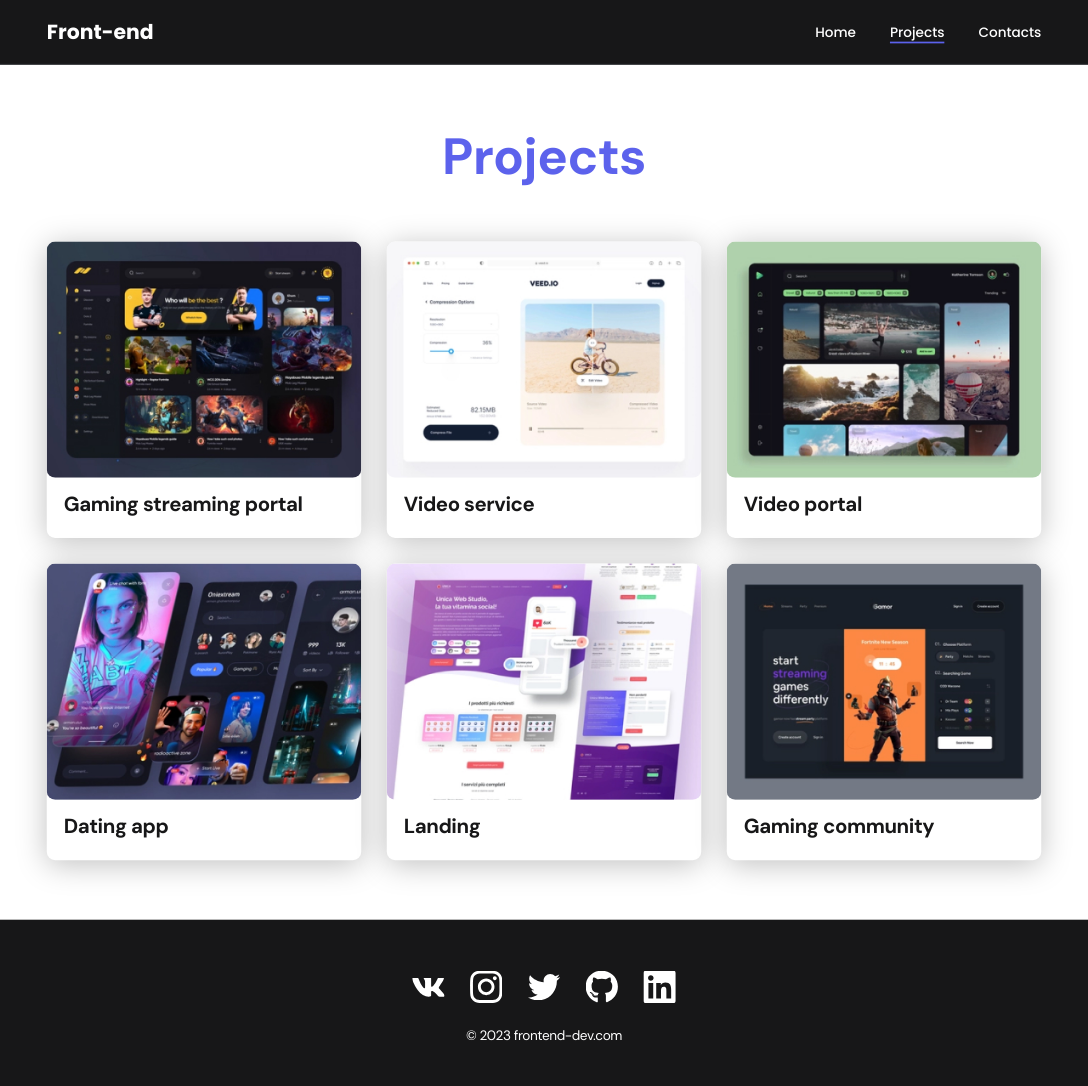
Repository: Azimich/profile
Page: /projects
An editor plug-in stored every save of this project. The page is shown before and after a run of saves, followed by the edit.
The browser window is 1280 px wide. The pictures show the whole page, at 85% of full size.
The project was rebuilt for these pictures with package versions that can differ from the ones it lists, and the page was loaded fresh each time. Also part of the build but not shown: src/components/mainContacts/MainContacts.css, src/components/mainContacts/MockData.ts, src/components/mainContacts/MainContacts.tsx, src/pages/Contacts.tsx, src/components/button/Button.css, src/components/button/Button.tsx, src/components/header/Header.css, src/components/header/Header.tsx and 9 more.

Above is the page before, as saved 2023-01-31 22:46:16.

After the next 6 saves:
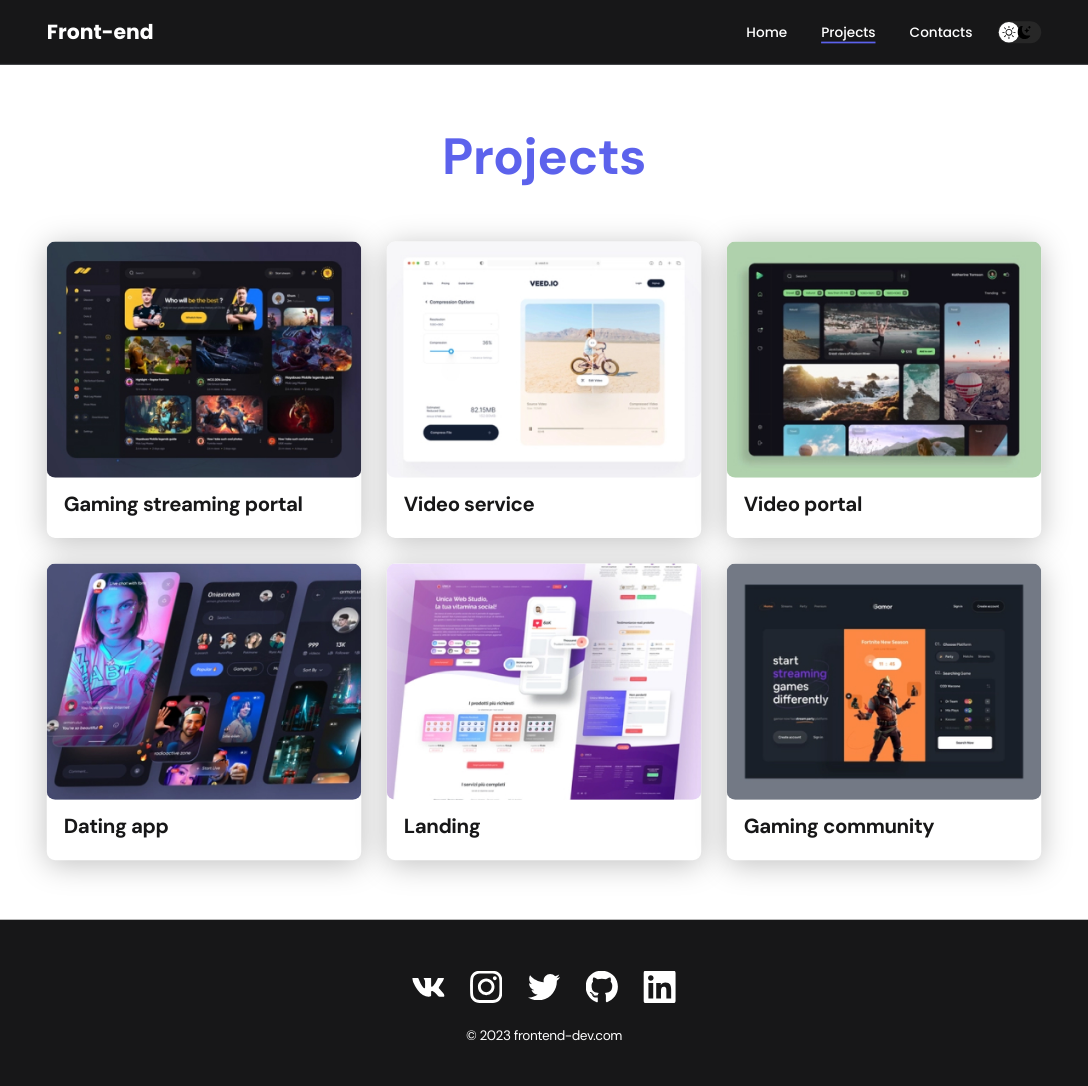
The 6 saves are shown as one change because they came seconds apart.
The last was saved 49 s later.
--- a/src/components/navbar/Navbar.tsx
+++ b/src/components/navbar/Navbar.tsx
@@ -1,5 +1,6 @@
 import React, { FC } from 'react'
 import { NavLink } from 'react-router-dom';
+import BtnDarkMode from '../btnDarkMode/BtnDarkMode';
 
 import { INavData } from './Mockdata';
 import "./Navbar.css";
@@ -25,8 +26,7 @@ const Navbar: FC<INavbar> = () => {
           <NavLink to={'/'} className="logo">
             <strong>Front-end</strong>
           </NavLink>
-
-
+          <BtnDarkMode />
           <ul className="nav-list">
             {INavData.map((links) => {
               return (
